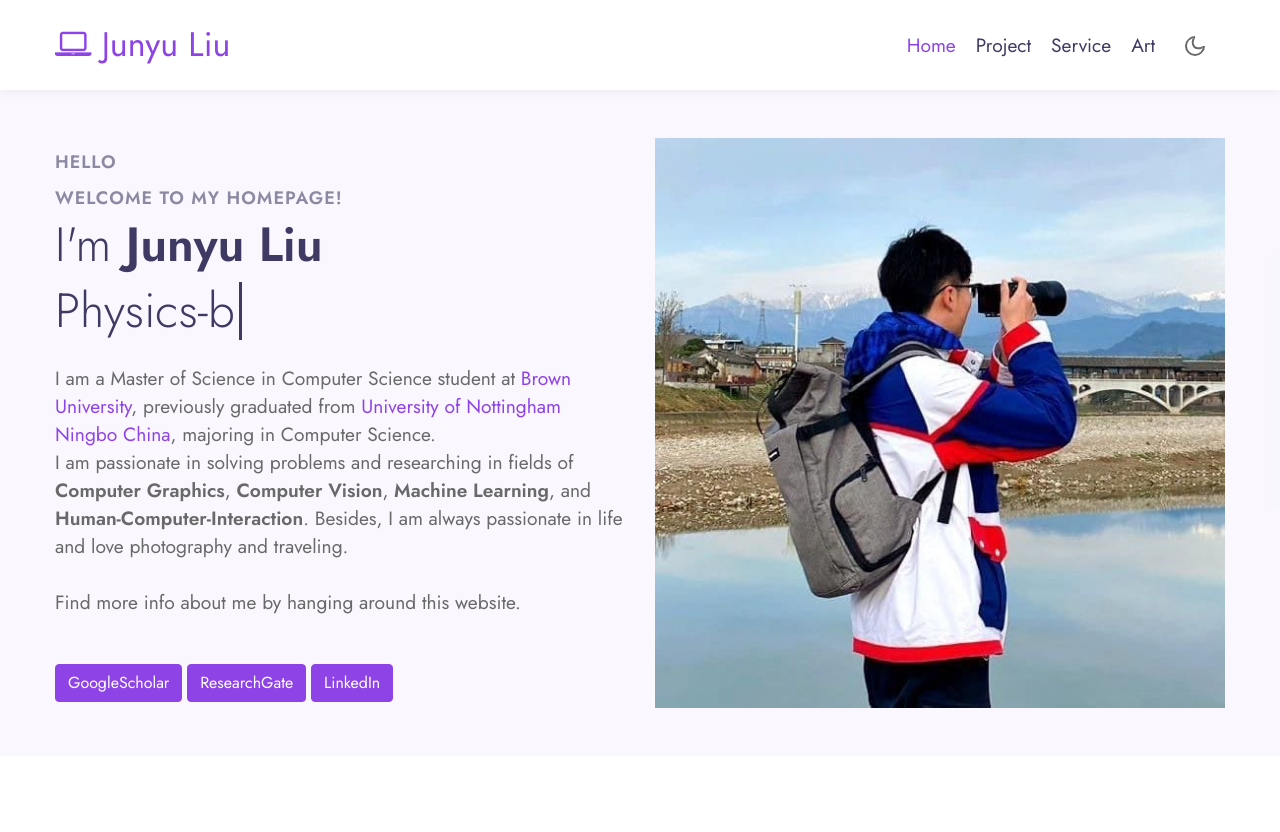
Repository: Junyu-Liu-Nate/junyu-liu-nate.github.io
Page: index.html
The author's editor kept a copy of each file at every save. The page is drawn from the files as they stood at one save, then again after the next save.
The browser window is 1280 px wide. The pictures show the part of the page from y = 0 to 832 px (the page is 2554 px tall).
A picture or video elsewhere on the page could not be fetched, so the positions and the page height are approximate.

Above is the page before, as saved 2023-08-16 09:59:32.

After the next save:
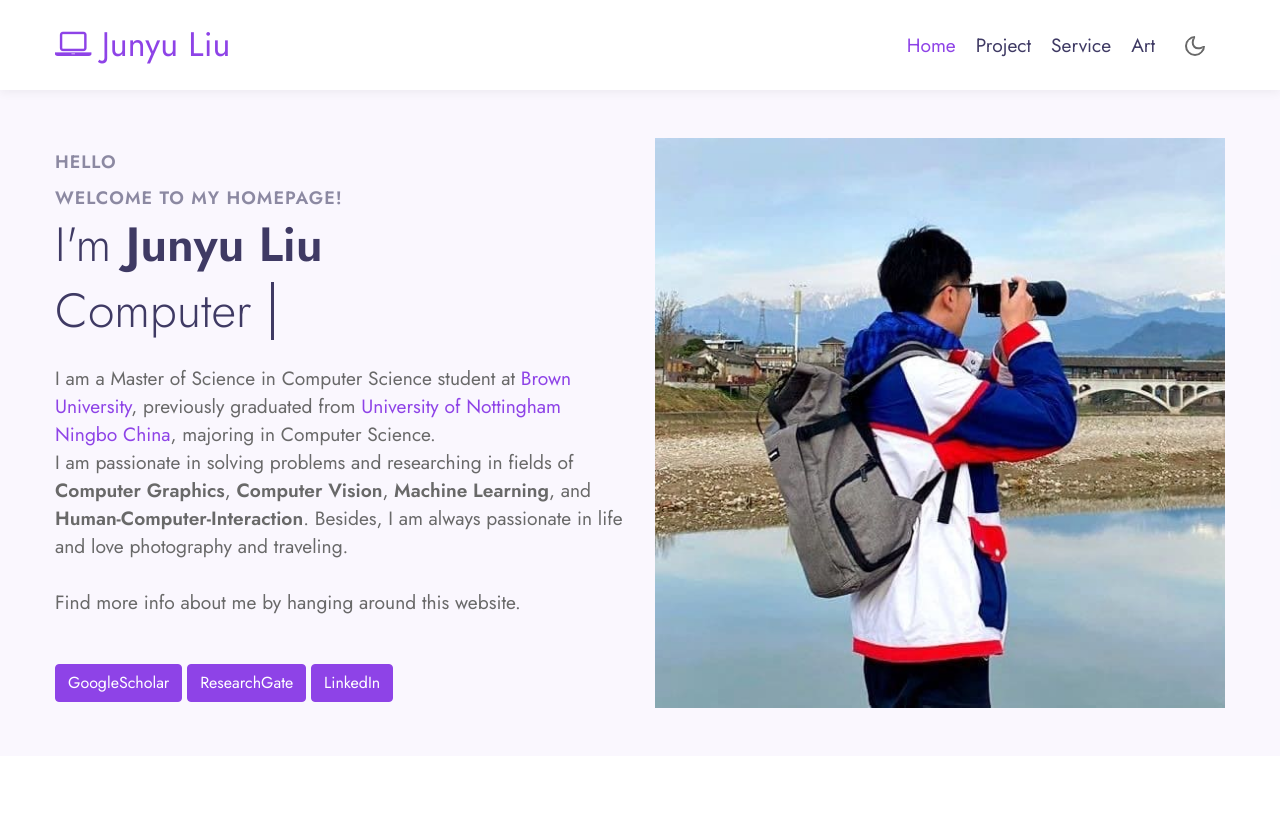
Saved 2 min 2 s later.
--- a/index.html
+++ b/index.html
@@ -455,7 +455,7 @@ Modified by: Junyu Liu
   const typedTextSpan = document.querySelector(".typed-text");
   const cursorSpan = document.querySelector(".cursor");
 
-  const textArray = ["Computer Graphics", "Physics-based Animation", "Human-Computer Interaction", "Machine Learning"];
+  const textArray = ["Computer Graphics", "Computer Graphics", "Physics-based Animation", "Human-Computer Interaction", "Machine Learning"];
   const typingDelay = 200;
   const erasingDelay = 10;
   const newTextDelay = 100; // Delay between current and next text
